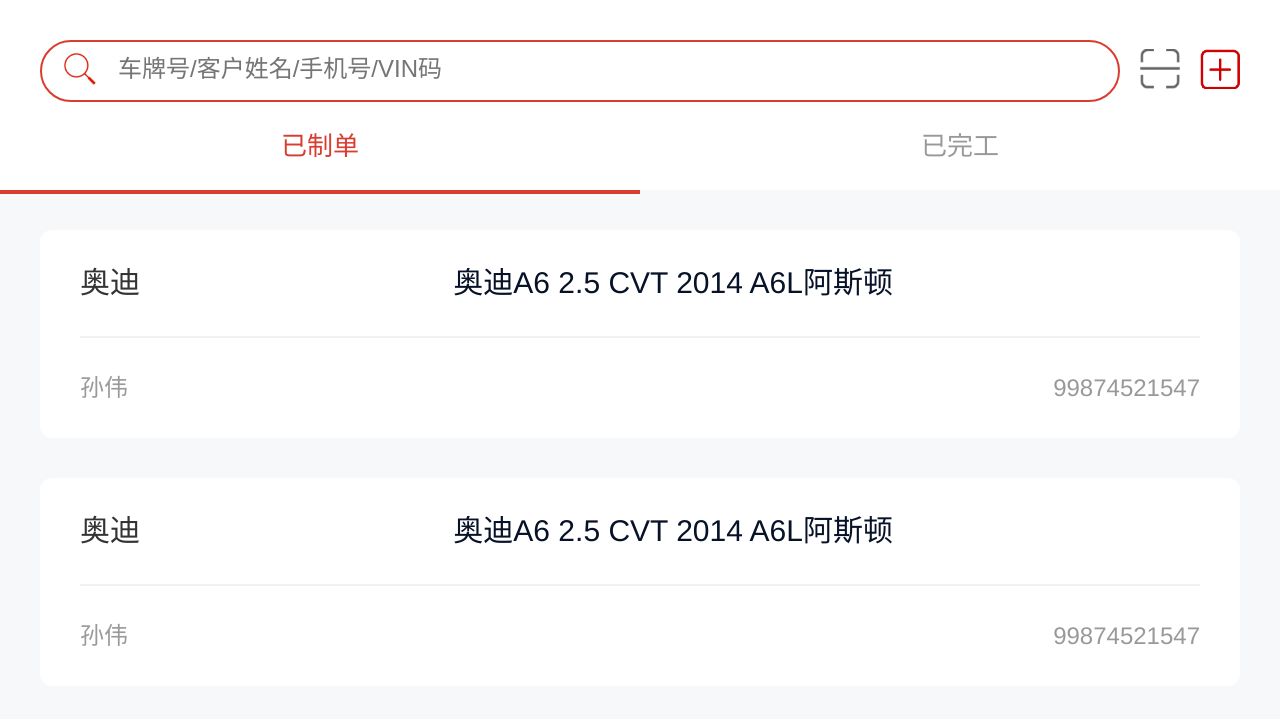
Repository: family-car/car
Page: checkCarList.html
The author's editor kept a copy of each file at every save. The page is drawn from the files as they stood at one save, then again after the next save.
The browser window is 1280 px wide. The pictures show the whole page.

Above is the page before, as saved 2020-05-12 18:35:08.

### checkCarList.html
<!-- HTML5文件 -->
<!DOCTYPE html>
<html>
<head>
	<meta charset="utf-8" />
	<meta name="viewport"
          content="width=device-width, user-scalable=no, initial-scale=1.0, maximum-scale=1.0, minimum-scale=1.0">
	<meta content="telephone=no,email=no" name="format-detection">
	<meta name="wap-font-scale" content="no">
	<title>所有图片</title>
	<!-- ui框架引入css -->
	<link href="lib/weui/weui.min.css" rel="stylesheet" type="text/css" />
	<link href="lib/weui/jquery-weui.min.css" rel="stylesheet" type="text/css" />
	<!-- 公用样式css -->
	<link href="src/css/base.css" rel="stylesheet" type="text/css" />
    <!-- 界面引入css -->
    <link href="src/css/app/deliverTask.css" rel="stylesheet" type="text/css" />
  <!-- jquery引入 -->
  <script type="text/javascript" src="lib/jquery/jquery-2.1.4.min.js"></script>
  <script type="text/javascript" src="lib/common.js"></script>
</head>
<body>

<div class="main bot44">
    <div class="taskHeader">
        <div class="taskSearch flex flex-between">
            <div class="searchInput cf">
                <div class="fl flex flex-center searchIcon"><img src="src/image/search.png"/></div>
                <input type="text" placeholder="车牌号/客户姓名/手机号/VIN码" class="fl"/>
            </div>
            <div class="sys"><img src="src/image/sys.png"/><img src="src/image/add.png"/></div>
        </div>
        <ul class="taskTabbar cf">
            <li class="active">已制单</li>
            <li>已完工</li>
        </ul>
    </div>
    <div class="taskList checkList">
        <div class="taskItem">
            <h2 class="flex">
                <span class="cell">奥迪</span>
                <span class="cell2">奥迪A6 2.5 CVT 2014 A6L阿斯顿</span>
            </h2>
            <p class="taskItem_user cf">
                <span class="fl">孙伟</span>
                <span class="fr">99874521547</span>
            </p>
        </div>
        <div class="taskItem">
            <h2 class="flex">
                <span class="cell">奥迪</span>
                <span class="cell2">奥迪A6 2.5 CVT 2014 A6L阿斯顿</span>
            </h2>
            <p class="taskItem_user cf">
                <span class="fl">孙伟</span>
                <span class="fr">99874521547</span>
            </p>
        </div>
    </div>
</div>

<!-- jquery引入 -->
<script type="text/javascript" src="src/js/entry/deliverTask.js"></script>
</body>
</html>

### src/css/base.css
* {
    touch-action: pan-y;
}
*,
*:after,
*:before {
    -webkit-box-sizing: border-box;
    box-sizing: border-box;
}
[v-cloak] {
  display: none;
}
a,
blockquote,
body,
code,
dd,
div,
dl,
dt,
em,
fieldset,
form,
h1,
h2,
h3,
h4,
h5,
h6,
iframe,
img,
input,
label,
li,
object,
ol,
p,
q,
small,
span,
strong,
table,
tbody,
td,
th,
tr,
ul {
    margin: 0;
    padding: 0;
    border: 0;
}
input{
	outline: none;
}
body,
html {
    width: 100%;
    height:100%;
}

body {
    margin: 0 auto;
    line-height: 1;
    font-size: 24px;
    font-family: 'STHeiti', 'Microsoft YaHei', Helvetica, Arial, sans-serif;
    -webkit-text-size-adjust: none;
    -webkit-tap-highlight-color: rgba(0, 0, 0, 0);
}

h1,
h2,
h3,
h4,
h5,
h6 {
    font-size: 24px;
    font-weight: normal;
}

a,
a:active,
a:focus,
a:hover,
a:visited {
    text-decoration: none;
    color: #393939;
}

a,
img {
    -webkit-touch-callout: none;
}

li,
ol,
ul {
    list-style: none;
}

input[type="password"],
input[type="tel"],
input[type="text"],
select,
textarea {
    display: block;
    width: 100%;
    line-height: 1.2;
    font-size:24px;
    resize: none;
    outline: 0;
    vertical-align: middle;
    background-color: #fff;
    background-image: none;
    border: 0;
    white-space: pre-wrap;
    word-wrap: break-word;
    -webkit-appearance: none;
}

p {
    background-color: transparent;
    word-break: break-all;
}

em,
i {
    font-style: normal;
}
@font-face {
    font-family: 'iconfont';
    src: url("../font/icomoon.eot");
    src: url("../font/icomoon.eot?#iefix") format("embedded-opentype"), url("../font/icomoon.ttf") format("truetype"), url("../font/icomoon.svg#iconfont") format("svg");
}

html {
    background: #fff;
}

body {
    background: #fff;
    color: #999;
}

.fl {
    float: left;
}

.fr {
    float: right;
}

.cf:after {
    display: block;
    clear: both;
    content: "";
    visibility: hidden;
    height: 0;
}

.tr {
    text-align: right;
}

.tc {
    text-align: center;
}

.td-underline {
    text-decoration: underline;
}

.tm {
    vertical-align: middle;
}
.boxSizing{
    box-sizing:border-box;
    -moz-box-sizing:border-box; /* Firefox */
    -webkit-box-sizing:border-box;
}

.flex {
    display: -webkit-box !important;
    display: -webkit-flex !important;
    display: -ms-flexbox !important;
    display: flex !important;
    -webkit-flex-wrap: wrap;
    -ms-flex-wrap: wrap;
    flex-wrap: wrap;
}

.flex .cell {
    -webkit-box-flex: 1;
    -webkit-flex: 1;
    -ms-flex: 1;
    flex: 1;
    width: 0;
    -webkit-flex-basis: 0;
    -ms-flex-preferred-size: 0;
    flex-basis: 0;
    max-width: 100%;
    display: block;
    padding: 0 !important;
    position: relative;
}
.flex .cell2{
    -webkit-box-flex: 2;
    -webkit-flex: 2;
    -ms-flex: 2;
    flex: 2;
}


.flex .cell.hide {
    display: none;
}

.flex .flex-130 {
    -webkit-box-flex: 150!important;
    -webkit-flex: 130!important;
    -ms-flex: 130!important;
    flex: 130!important;
}

.flex .flex-200 {
    -webkit-box-flex: 200!important;
    -webkit-flex: 200!important;
    -ms-flex: 200!important;
    flex: 200!important;
}

.flex-center {
    -webkit-box-pack: center;
    -webkit-justify-content: center;
    justify-content: center;
    -webkit-box-align: center;
    -webkit-align-items: center;
    align-content: center;
}
.flex-between {
    -webkit-box-pack: center;
    -webkit-justify-content: space-between;
    justify-content: space-between;
    -webkit-box-align: center;
    -webkit-align-items: center;
    align-content: center;
}

.img-responsive {
    display: inline-block;
    width: 100%;
}

.bg-white {
    background: #fff;
}

.bg-orange {
    background: #fa462d;
}

.bg-blue {
    background: #246EBE;
}
.bg-green{color:#0BA66D;}
.bg-light-green{color:#56dfb3;}
.bg-gray {
    background: #f3f4f6;
}

.bg-light-yellow {
    background: #fbf8ec;
}

.bg-disabled {
    background: #9d9d9d;
}

.color-blue {
    color: #246EBE;
}

.color-muted {
    color: #9d9d9d;
}

.color-orange {
    color: #fa462d;
}

.color-white {
    color: #fff;
}

.color-gray {
    color: #848689;
}
.color-green{color:#0BA66D;}
.color-light-green{color:#56dfb3;}
.color-red{color:#f23030;}
.color-block{color:#393939;}

.relative {
    position: relative;
}

.overflow {
    overflow: hidden;
}

.ellipsis {
    white-space: nowrap;
    overflow: hidden;
    text-overflow: ellipsis;
}

.clamp {
    display: -webkit-box;
    overflow: hidden;
    text-overflow: ellipsis;
    -webkit-line-clamp: 2;
    -webkit-box-orient: vertical;
}

.animate {
    -webkit-animation-play-state: paused;
}

.hide {
    display: none;
}

.footbar-default .coagent span:before,
.iconfont,
.panel-selector .list li .fr:after,
.select:before {
    font-family: "iconfont" !important;
    font-size: .28rem;
    font-style: normal;
    -webkit-font-smoothing: antialiased;
    -webkit-text-stroke-width: 2px;
    -moz-osx-font-smoothing: grayscale;
}
.btn {
    display: inline-block;
    padding: .18rem .2rem;
    vertical-align: middle;
    font-size: .26rem;
    font-weight: normal;
    line-height: 1;
    text-align: center;
    white-space: nowrap;
    background-image: none;
    border: 1px solid transparent;
    border-radius: .06rem;
    cursor: pointer;
    outline: 0;
    -webkit-appearance: none;
    -webkit-user-select: none;
    -moz-user-select: none;
    -ms-user-select: none;
    user-select: none;
}

.btn-default {
    color: #393939;
    background-color: #fff;
    border-color: #ccc;
}

.btn-primary {
    color: #fff;
    background-color: #0ba66d;
    border-color: #0ba66d;
}

.btn-primary-outline {
    color: #0ba66d;
    background-color: #fff;
    border-color: #0ba66d;
}

.btn-default-outline {
    color: #393939;
    background-color: #fff;
    border-color: #d7d7d7;
}

.btn-disabled {
    color: #fff;
    background-color: #9d9d9d;
    border-color: #9d9d9d;
}

.btn-block {
    display: block;
    width: 100%;
    padding-left: 0;
    padding-right: 0;
}

.btn-primary:active {
    color: #fff;
    background-color: #0ba66d;
    border-color: #0ba66d;
}

.btn-disabled:active {
    color: #fff;
    background-color: #9d9d9d;
    border-color: #9d9d9d;
}

.btn-default:active {
    color: #393939;
    background-color: #d7d7d7;
    border-color: #d7d7d7;
}

.btn-search {
    padding: .06rem .1rem;
    margin-left: .05rem;
    line-height: .4rem;
}

.pd8 {
    padding-right: .8rem;
    padding-left: .8rem;
}

.badge-outline {
    background: #fff;
    border: 1px solid #0ba66d;
    color: #0ba66d;
}

.no_info {
    color: #9d9d9d;
    line-height: 2.2rem;
    text-align: center;
}

/*字体*/
.icon-detail:before {
    content: '\e93b';
}
.icon-floder:before {
    content: '\e91b';
}
.icon-home:before {
    content: '\e901';
}
.icon-order:before {
    content: '\e908';
}
.icon-mine:before {
    content: '\e905';
}
.icon-upload::before{
    content: '\e91c';
}
.icon-add::before{
    content: '\e91e';
}
.icon-detele::before{
    content: '\e920';
}
.icon-warn::before{
    content: '\e91a';
}
.icon-arrow::before{
    content:'\e916'
}
.icon-course::before{
    content:'\e908'
}

 #loading{
     position:fixed;
     top:0;left:0;
     width:100%;height:100%;
     background: rgba(0,0,0,.7);
     z-index:999;
}
 #loading .loader-01{
     position:absolute;top:50%;left:50%;
     width:60px;height:60px;
     margin-top:-30px;
     margin-left:-30px;
     color: #fff;
}
.weui-tabbar__item.weui-bar__item--on .weui-tabbar__label{
    color: #F12222;
}
/*button*/
.vehicleEntry_btn{
    color: #F12222;
    width: 412px;
    height: 60px;
    background: #F12222;
    border-radius: 30px;
    color: #fff;
    text-align: center;
    line-height: 60px;
    margin: 0 auto;
    margin-bottom: 40px;
    font-size: 28px;
}
/*footer*/
.footer{
    overflow: hidden;
}
.weui-tabbar .weui-tabbar__item{
    padding-top: 20px;
}
.weui-tabbar .weui-tabbar__icon{
    width: 54px;
    height: 54px;
}
.weui-tabbar .weui-tabbar__label{
    font-size: 20px;
}
.view{
    padding-bottom:130px;
}

### src/css/app/deliverTask.css
body,html{
    background: #f7f8fa;
}
.taskHeader{
    background: #fff;
}
.taskSearch{
    padding: 40px 40px 0 40px;
}
.searchInput{
    width: calc(100% - 120px);
    height: 62px;
    border:2px solid #D93D30;
    border-radius: 35px;
}
.searchInput .searchIcon{
    width: 76px;
    height: 54px;
}
.searchInput .searchIcon img{
   width: 32px;
}
.searchInput input{
    width: calc(100% - 158px);
    height: 54px;
    border-radius: 30px;
}
.taskSearch .sys img{
    width: 40px;
    height: 40px;
}
.taskTabbar{
    height: 88px;
}
.taskTabbar li{
    width: 50%;
    float: left;
    line-height: 88px;
    text-align: center;
    font-size: 26px;
}
.taskTabbar li.active{
    border-bottom: 4px solid #D93D30;
    color: #D93D30;
}
.taskList{
    padding: 0 40px;
    margin-top: 40px;
}
.taskItem{
    background: #fff;
    border-radius: 12px;
    padding: 0 40px;
    margin-bottom: 40px;
}
.taskItem h2{
    padding: 38px 0px;
    border-bottom: 2px solid #F1F1F1;
    font-size: 30px;
}
.taskItem h2 span:first-child{
    color: #333;
}
.taskItem h2 span:last-child{
    color: #F33822;
}
.taskItem .taskItem_user{
    padding: 38px 0;
}
.taskItem .address{
    padding-bottom: 38px;
}
.weui-tabbar::before {
    border-top: none !important;
}
/*检查车辆列表*/
.sys img:last-child{
   margin-left: 20px;
}
.checkList .taskItem h2 span:first-child{
    color: #333;
}
.checkList .taskItem h2 span:last-child{
    color: #071228;
    white-space: nowrap;
    text-overflow: ellipsis;
    overflow: hidden;
    word-break: break-all;

}

### lib/common.js

var _phoneWidth = parseInt(window.screen.width);
var _phoneHeight = parseInt(window.screen.height);
var _phoneScale = Math.floor(_phoneWidth/750*100)/100;
var Terminal = {
            platform : function(){
                var u = navigator.userAgent, app = navigator.appVersion;
                return {
                    android: u.indexOf('Android') > -1 || u.indexOf('Linux') > -1,
                    iPhone: u.indexOf('iPhone') > -1 ,
                    iPad: u.indexOf('iPad') > -1
                };
            }(),
            language : (navigator.browserLanguage || navigator.language).toLowerCase()
        }
if((Terminal.platform.iPhone||Terminal.platform.iPad)&&getQueryString("isReverse")=="yes"){
		      	  alert(getQueryString("isReverse"));
		    	  _phoneScale = _phoneHeight/750;
}
var ua = navigator.userAgent;
document.write('<meta name="viewport" content="width=750,target-densitydpi=device-dpi, initial-scale='+_phoneScale+', minimum-scale='+_phoneScale+', maximum-scale='+_phoneScale+', user-scalable=no">');

function getQueryString(name) {//用url来判断横屏
	var reg = new RegExp("(^|&)" + name + "=([^&]*)(&|$)", "i");
	var r = window.location.search.substr(1).match(reg);
	if (r != null) return unescape(r[2]); return null;
}

### src/js/entry/deliverTask.js
$(function () {
    var  process={
        init:function(){
            this.tabbar();
        },
        tabbar:function(){
            $(".taskTabbar li").on("click",function(){
                $(this).addClass("active").siblings().removeClass("active")
            })

        }
    };

    window.onload = function(){
        process.init();
    }


})

Loaded but not shown: lib/weui/weui.min.css (library); lib/weui/jquery-weui.min.css (library); lib/jquery/jquery-2.1.4.min.js (library)

After the next save:
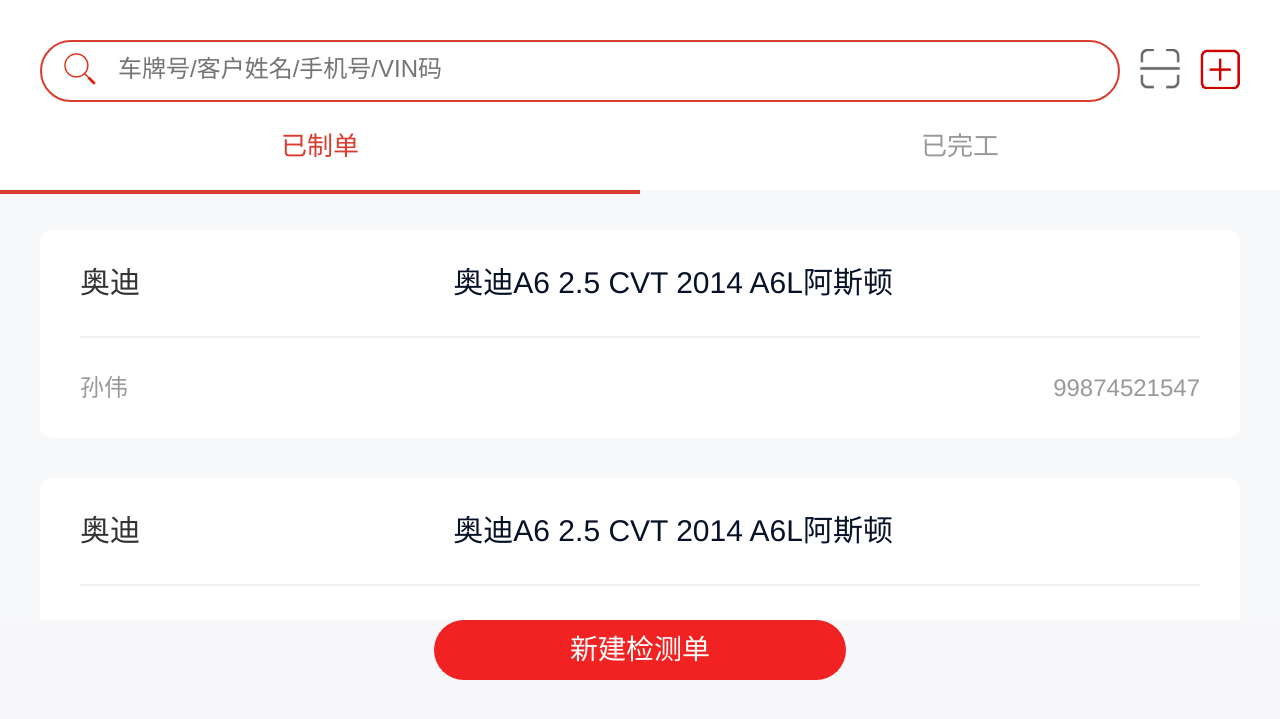
Saved 30 s later.
--- a/checkCarList.html
+++ b/checkCarList.html
@@ -58,7 +58,12 @@
         </div>
     </div>
 </div>
-
+<!-- footer -->
+<footer class="footer">
+    <div class="weui-tabbar">
+        <div class="vehicleEntry_btn">新建检测单</div>
+    </div>
+  </footer>
 <!-- jquery引入 -->
 <script type="text/javascript" src="src/js/entry/deliverTask.js"></script>
 </body>
